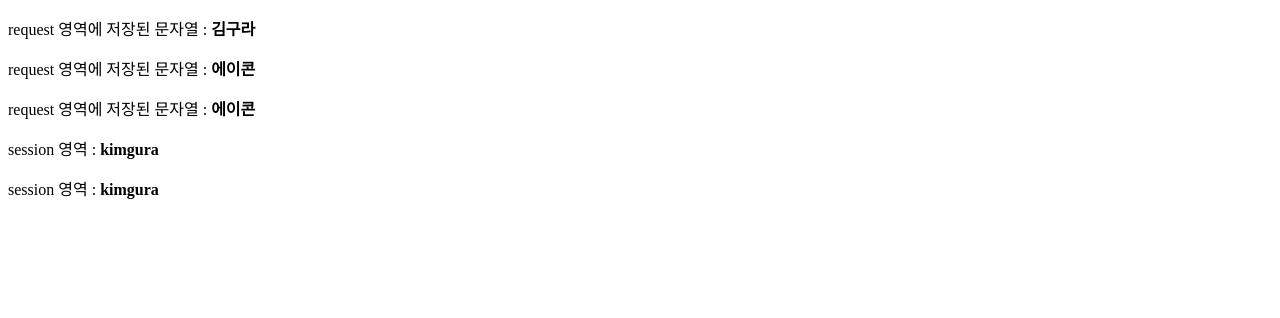
Repository: hyunhee7/web_work
Page: http://localhost/Step16_EL/scope/test02.jsp
The author's editor kept a copy of each file at every save. The page is drawn from the files as they stood at one save, then again after the next save.
The browser window is 1280 px wide. The pictures show the whole page.
The page is served by Tomcat 9.

Above is the page before, as saved 2017-07-12 01:56:47.

### Step16_EL/WebContent/scope/test02.jsp
<%@ page language="java" contentType="text/html; charset=UTF-8"
    pageEncoding="UTF-8"%>
<%
	//request 영역에 "myName" 이라는 키값으로 String type 저장하기
	request.setAttribute("myName", "김구라");
	request.setAttribute("ourName", "에이콘");

	//session 영역에 저장
	session.setAttribute("id","kimgura");

	//application 영역에 저장
	application.setAttribute("count", 999);
%>
<!DOCTYPE html PUBLIC "-//W3C//DTD HTML 4.01 Transitional//EN" "http://www.w3.org/TR/html4/loose.dtd">
<html>
<head>
<meta http-equiv="Content-Type" content="text/html; charset=UTF-8">
<title>/scope/test02.jsp</title>
</head>
<body>
<%
	String myName=(String)request.getAttribute("myName");
%>
<p>request 영역에 저장된 문자열 : <strong><%=myName %></strong></p>
<p>request 영역에 저장된 문자열 : <strong>${requestScope.ourName }</strong></p>
<p>request 영역에 저장된 문자열 : <strong>${ourName }</strong></p>

<p>session 영역 : <strong>${sessionScope.id }</strong></p>
<p>session 영역 : <strong>${id }</strong></p>

</body>
</html>

After the next save:
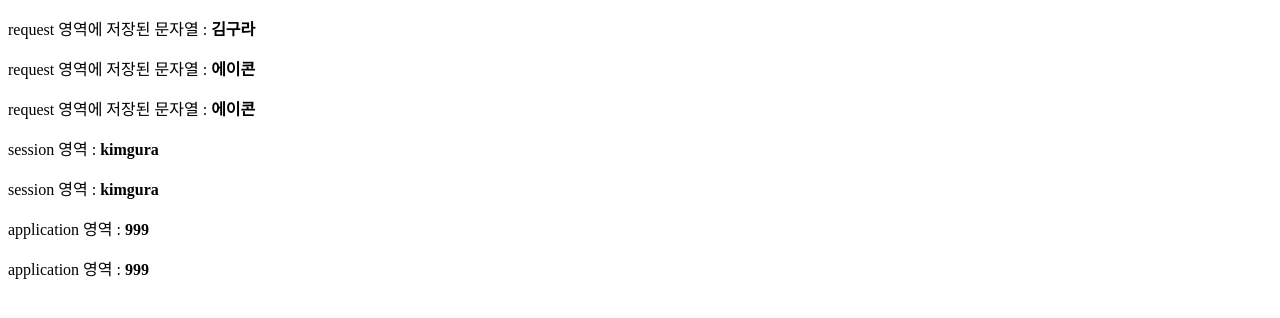
Saved 30 s later.
--- a/Step16_EL/WebContent/scope/test02.jsp
+++ b/Step16_EL/WebContent/scope/test02.jsp
@@ -28,5 +28,7 @@
 <p>session 영역 : <strong>${sessionScope.id }</strong></p>
 <p>session 영역 : <strong>${id }</strong></p>
 
+<p>application 영역 : <strong>${applicationScope.count }</strong></p>
+<p>application 영역 : <strong>${count }</strong></p>
 </body>
 </html>
